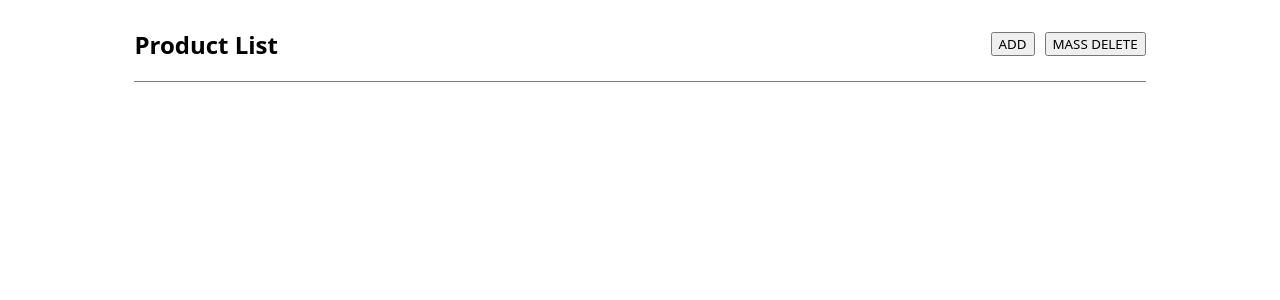
Repository: gabyto19/scandiweb
Page: http://localhost/
The author's editor kept a copy of each file at every save. The page is drawn from the files as they stood at one save, then again after the next save.
The browser window is 1280 px wide. The pictures show the whole page.
The page is run by PHP 8.4 with error messages shown; the project is at /var/www/html/.

Above is the page before, as saved 2023-03-06 17:13:17.

### index.php
<!DOCTYPE html>
<html lang="en">

<head>
  <meta charset="UTF-8" />
  <meta name="viewport" content="width=device-width, initial-scale=1.0" />
  <title>Vue Basics</title>
  <link href="https://fonts.googleapis.com/css2?family=Jost:wght@400;700&display=swap" rel="stylesheet" />
  <link rel="stylesheet" href="styles.css" />
  <script src="https://unpkg.com/vue@next" defer></script>
  <script src="https://unpkg.com/vue@3/dist/vue.global.js"></script>

  <script src="index.js" defer></script>
</head>

<body>
  <section id="app">
    <nav>
      <h2>Product List</h2>
      <h1>{{name}}</h1>
      <div class="rightButtons">
        <button @click="toggleAdd"><a style="text-decoration: none; color: black" href="addPage.php">ADD</a>
        </button>
        <button class="delete-checkbox" id="delete-product-btn">MASS DELETE</button>
      </div>
    </nav>
  </section>

  <script src="https://unpkg.com/vue@3/dist/vue.global.js"></script>
  <script src="index.js"></script>

</body>

</html>
<style scoped>
  .rightButtons button:first-child {
    margin-right: 10px;
  }
</style>

### styles.css
nav {
    width: 80%;
    display: flex;
    justify-content: space-between;
    align-items: center;
    margin: auto;
    border-bottom: solid 1px gray;
  }

  * {
    font-family: system-ui;
  }

### index.js
Vue.createApp({
data()
{
    return{
        Name: 'goga',
        Age: 23,
        imgValue:'https://a.pinatafarm.com/312x296/ae7f8ccd22/sad-thumbs-up-cat.jpg/m/522x0/'
    }
}
}).mount('#app');

After the next save:
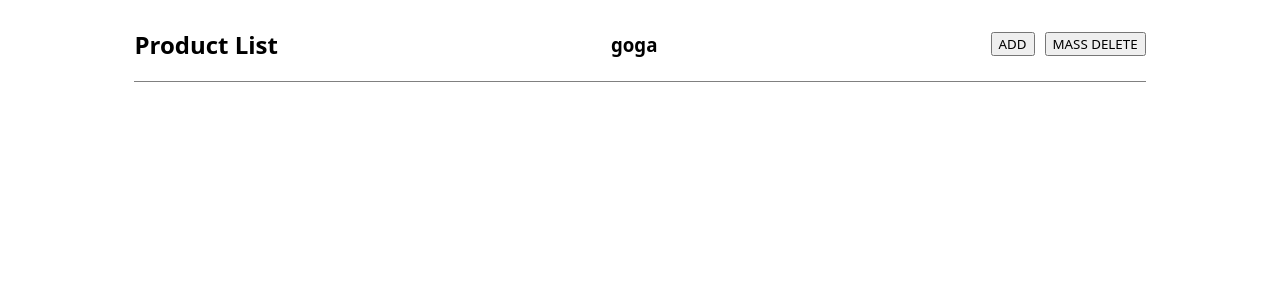
Saved 13 s later.
--- a/index.php
+++ b/index.php
@@ -17,7 +17,7 @@
   <section id="app">
     <nav>
       <h2>Product List</h2>
-      <h1>{{name}}</h1>
+      <h1>{{Name}}</h1>
       <div class="rightButtons">
         <button @click="toggleAdd"><a style="text-decoration: none; color: black" href="addPage.php">ADD</a>
         </button>
